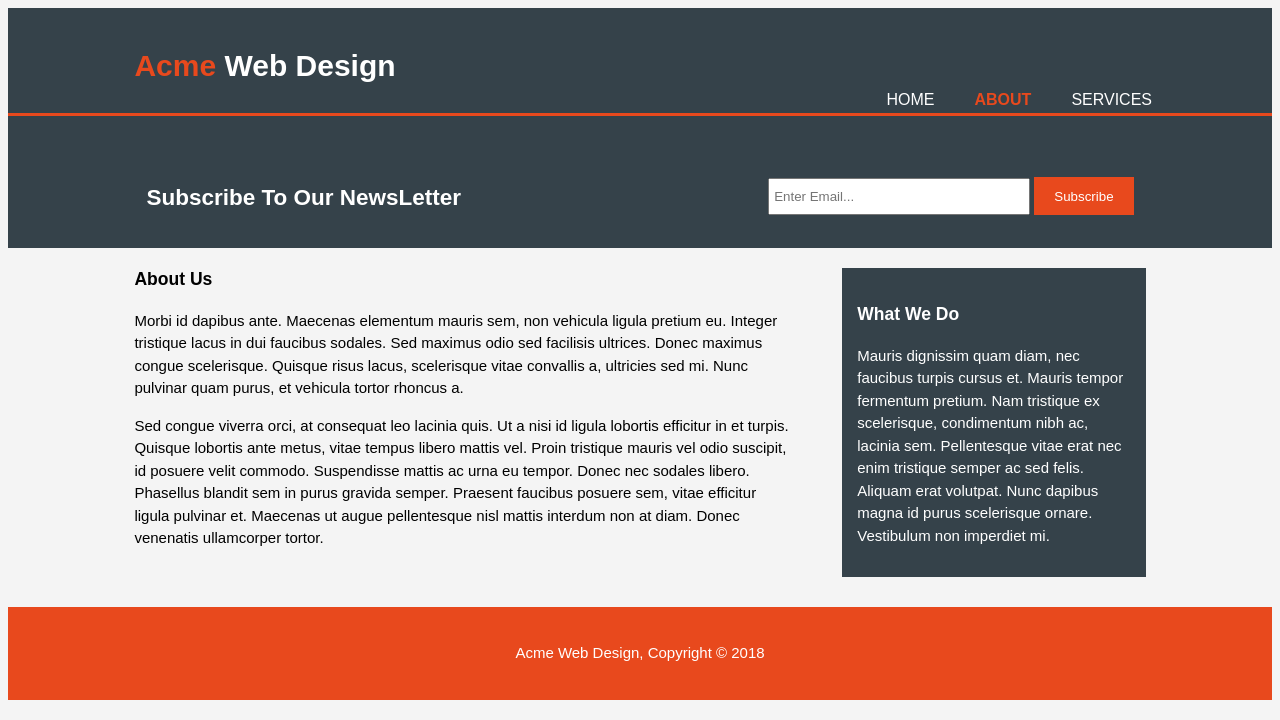
Repository: Meli9494/Proyecto-Bootstrap
Page: acme web/about.html
The author's editor kept a record of every edit. The page is drawn from the files as they stood at one moment, then again after the next edit.
The browser window is 1280 px wide. The pictures show the whole page.

Above is the page before.

### acme web/about.html
<!DOCTYPE html>
<html>
    <!--Head
    ___________________________________________________________________________________________________________-->
    <head>
        <!--Charset utf8
        _______________________________________________________________________________________________________-->
        <meta charset="utf-8">
        <!--Any Device Width
        _______________________________________________________________________________________________________-->
        <meta name="viewport" content="width=device-width">
        <!--Descripcion, palabras claves, autor
        _______________________________________________________________________________________________________-->
        <meta name="description" content="Affordable and professional web design">
        <meta name="keywords" content="web design, affordable web design, professional web design">
        <meta name="author" content="Brad Traversy">
        <!--ABOUT
        _______________________________________________________________________________________________________-->
        <title>Acme Web Design | About</title>
        <!-- CSS
        _______________________________________________________________________________________________________-->
        <link rel="stylesheet" href="./css/style.css">
    </head>

    <!--Body
    ___________________________________________________________________________________________________________-->
    <body>
        <!--Header
        _______________________________________________________________________________________________________-->
        <header>
            <!--CONTENEDOR CON LOGO
            ___________________________________________________________________________________________________-->
            <div class="container">
                <div id="branding">
                    <h1><span class="highlight">Acme</span> Web Design</h1>
                </div>
            </div>
            <!--NAV
            ___________________________________________________________________________________________________-->
            <nav>
                <ul>
                    <li><a href="index.html">Home</a></li>
                    <li class="current"><a href="about.html">About</a></li>
                    <li><a href="services.html">Services</a></li>
                </ul>
            </nav>
        </header>

        <!--SECTION NEWS LETTER
        ________________________________________________________________________________________________________-->
        <section id="newsletter">
            <div class="container">
                <h1>Subscribe To Our NewsLetter</h1>
                <form>
                    <input type="email" placeholder="Enter Email...">
                    <button type="submit" class="button_1">Subscribe</button>
                </form>
            </div>
        </section>

        <!--SECTION BOXES
        _________________________________________________________________________________________________________-->
        <section id="main">
            <div class="container">
                <article id="main-col">
                    <h1 class="page-title">About Us</h1>
                    <p>
                        Morbi id dapibus ante. Maecenas elementum mauris sem, non vehicula ligula pretium eu. Integer tristique lacus in dui faucibus sodales. Sed maximus odio sed facilisis ultrices. Donec maximus congue scelerisque. Quisque risus lacus, scelerisque vitae convallis a, ultricies sed mi. Nunc pulvinar quam purus, et vehicula tortor rhoncus a.
                    </p>
                    <p>
                        Sed congue viverra orci, at consequat leo lacinia quis. Ut a nisi id ligula lobortis efficitur in et turpis. Quisque lobortis ante metus, vitae tempus libero mattis vel. Proin tristique mauris vel odio suscipit, id posuere velit commodo. Suspendisse mattis ac urna eu tempor. Donec nec sodales libero. Phasellus blandit sem in purus gravida semper. Praesent faucibus posuere sem, vitae efficitur ligula pulvinar et. Maecenas ut augue pellentesque nisl mattis interdum non at diam. Donec venenatis ullamcorper tortor.
                    </p>
                </article>

                <aside id="sidebar">
                    <div class="dark">
                        <h3>What We Do</h3>
                        <p>Mauris dignissim quam diam, nec faucibus turpis cursus et. Mauris tempor fermentum pretium. Nam tristique ex scelerisque, condimentum nibh ac, lacinia sem. Pellentesque vitae erat nec enim tristique semper ac sed felis. Aliquam erat volutpat. Nunc dapibus magna id purus scelerisque ornare. Vestibulum non imperdiet mi.</p>
                    </div>
                </aside>
            </div>
        </section>

        <!--FOOTER
        ________________________________________________________________________________________________________-->
        <footer>
            <p>Acme Web Design, Copyright &copy; 2018</p>
        </footer>
    </body>

</html>

### acme web/css/style.css
/*BODY*/
body {
    font-family: Arial, Helvetica, sans-serif;
    font-size: 15px;
    line-height: 1.5;
    font: 15px/1.5 Arial, Helvetica, sans-serif;
    padding: 0;
    background-color: #f4f4f4;
}

/*Global*/
.container {
    width: 80%;
    margin: auto;
    overflow: hidden;
}

/*Header UL*/
ul {
    margin: 0;
    padding: 0;
}

/*botton*/
.button_1 {
    height: 38px;
    background: #e8491d;
    border: none;
    padding-left: 20px;
    padding-right: 20px;
    color: #ffffff;
}

.dark {
    padding: 15px;
    background: #35424a;
    color: #ffffff;
    margin-top: 10px;
    margin-bottom: 10px;
}

/*Header*/
header {
    background: #35424a;
    color: #ffffff;
    padding-top: 35px;
    min-height: 70px;
    border-bottom: #e8491d 3px solid;
}

header a {
    color: #ffffff;
    text-decoration: none;
    text-transform: uppercase;
    font-size: 16px;
}

/*HEADER LI*/
header li {
    float: left;
    display: inline;
    padding: 0 20px 0 20px;
}

/*logo*/
header #branding{
    float: left;
}

header #branding h1 {
    margin: 0;
}

/*header nav*/
header nav {
    float: right;
    margin-right: 100px;
    margin-bottom: 50px;
}

/* to make acme and home orange*/
header .highlight, header .current a {
    color: #e8491d;
    font-weight: bold;
}

/*HOVER*/
header a:hover {
    color: #cccccc;
    font-weight: bold;
}

/*showcase*/
#showcase {
    min-height: 400px;
    background: url('../img/showcase.jpg') no-repeat 0 -450px;
    text-align: center;
    color: #ffffff;
}

#showcase h1 {
    margin-top: 100px;
    font-size: 55px;
    margin-bottom: 10px;
}

#showcase p {
    font-size: 20px;
}

/*NEWSLETTER*/
#newsletter {
    padding: 15px;
    color: #ffffff;
    background: #35424a;
}

#newsletter h1 {
    float: left;
}

#newsletter form {
    float: right;
    margin-top: 15px;
}

#newsletter input {
    padding: 4px;
    height: 25px;
    width: 250px;
}

/*BOXES*/
#boxes {
    margin-top: 20px;
}

#boxes .box {
    float: left;
    text-align: center;
    width: 30%;
    padding: 10px;
}

#boxes .box img {
    width: 90px;
}

/*SIDEBAR ABOUT US*/
aside#sidebar {
    float: right;
    width: 30%;
    margin-top: 10px;
}

aside#sidebar .quote input, aside#sidebar .quote textarea {
    width: 90%;
    padding: 5px;
}

/*article main col*/
article#main-col {
    float: left;
    width: 65%;
}

/* Services */
ul#services {
    list-style: none;
    padding: 20px;
    border: #cccccc solid 1px;
    margin-bottom: 5px;
    background: #e6e6e6;
}

/*FOOTER*/
footer {
    padding: 20px;
    margin-top: 20px;
    color: #ffffff;
    background-color: #e8491d;
    text-align: center;
}

/*Media Queries*/
@media (max-width: 768px) {
    header #branding,
    header nav,
    header nav li,
    #newsletter h1,
    #newsletter form,
    #boxes .box,
    article#main-col,
    aside#sidebar{
        float: none;
        text-align: center;
        width: 100%;
    }

    header {
        padding-bottom: 20px;
    }

    #showcase h1 {
        margin-top: 40px;
    }

    #newsletter button, .quote button {
        display: block;
        width: 100%;
    }

    #newsletter form input[type="email"], .quote input, .quote textarea {
        width: 100%;
        margin-bottom: 5px;
    }
}

After the next edit:
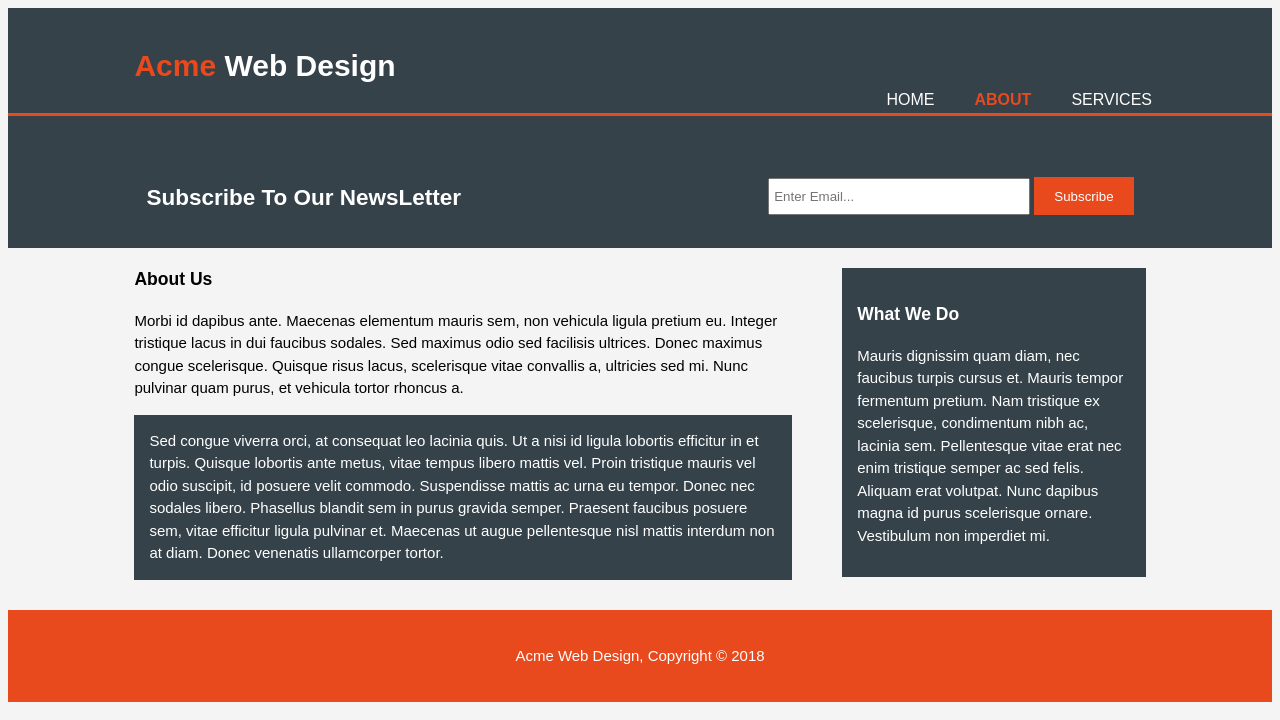
The edit:
--- a/acme web/about.html
+++ b/acme web/about.html
@@ -67,7 +67,7 @@
                     <p>
                         Morbi id dapibus ante. Maecenas elementum mauris sem, non vehicula ligula pretium eu. Integer tristique lacus in dui faucibus sodales. Sed maximus odio sed facilisis ultrices. Donec maximus congue scelerisque. Quisque risus lacus, scelerisque vitae convallis a, ultricies sed mi. Nunc pulvinar quam purus, et vehicula tortor rhoncus a.
                     </p>
-                    <p>
+                    <p class="dark">
                         Sed congue viverra orci, at consequat leo lacinia quis. Ut a nisi id ligula lobortis efficitur in et turpis. Quisque lobortis ante metus, vitae tempus libero mattis vel. Proin tristique mauris vel odio suscipit, id posuere velit commodo. Suspendisse mattis ac urna eu tempor. Donec nec sodales libero. Phasellus blandit sem in purus gravida semper. Praesent faucibus posuere sem, vitae efficitur ligula pulvinar et. Maecenas ut augue pellentesque nisl mattis interdum non at diam. Donec venenatis ullamcorper tortor.
                     </p>
                 </article>
